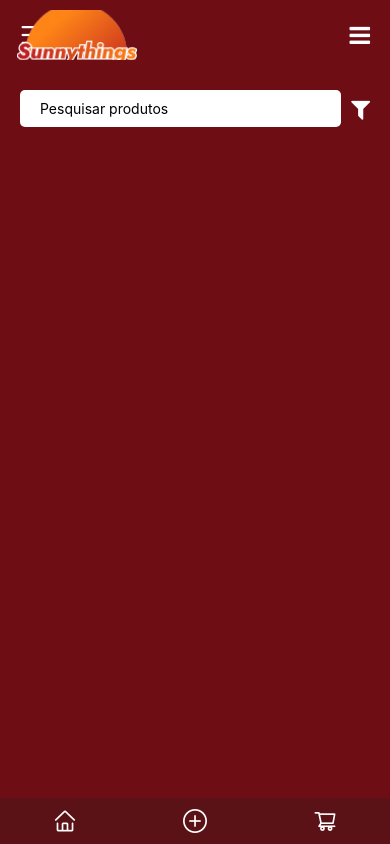
Repository: Luizzzin/SuperMercado
Screen: / (app in suny/)
These files come from the project's save history. The screen is drawn as it stood at one moment and after the next save; the edit follows.
The app was drawn by React Native's web renderer in a window 390 px wide. The project was rebuilt for these pictures with package versions that can differ from the ones it lists, and the page was loaded fresh each time.

Above is the screen before, as saved 2024-05-09 11:27:27.

### suny/App.js
import React from 'react';
import { NavigationContainer } from '@react-navigation/native';
import { createStackNavigator } from '@react-navigation/stack';
import Routes from './routes'; // Importe o componente Routes

const Stack = createStackNavigator();

const App = () => {
  return <Routes />;
}

export default App;

### suny/routes.js
import React from 'react';
import { NavigationContainer } from '@react-navigation/native';
import { createStackNavigator } from '@react-navigation/stack';
import HomeScreen from './HomeScreen'; // Importe o componente HomeScreen

const Stack = createStackNavigator();

const Routes = () => {
  return (
    <NavigationContainer>
      <HomeScreen />
    </NavigationContainer>
  );
}

export default Routes;

### suny/HomeScreen.js
import React from 'react';
import { View, Text, StyleSheet, TouchableOpacity, TextInput, Image, ScrollView } from 'react-native';
import { AntDesign, FontAwesome } from '@expo/vector-icons'; // Certifique-se de instalar o pacote expo-vector-icons

const HomeScreen = () => {
  return (
    <View style={styles.container}>
      {/* Header */}
      <View style={styles.header}>
        <TouchableOpacity onPress={() => console.log("Menu clicked")}>
          <AntDesign name="menu-fold" size={24} color="white" />
        </TouchableOpacity>
        <Image source={require('./path/to/your/logo.png')} style={styles.logo} />
        <TouchableOpacity onPress={() => console.log("Hamburger clicked")}>
          <FontAwesome name="bars" size={24} color="white" />
        </TouchableOpacity>
      </View>

      {/* Search Bar */}
      <View style={styles.searchBar}>
        <TextInput
          style={styles.input}
          placeholder="Pesquisar produtos"
        />
        <TouchableOpacity onPress={() => console.log("Filter clicked")}>
          <FontAwesome name="filter" size={24} color="white" />
        </TouchableOpacity>
      </View>

      {/* Category Carousel */}
      <ScrollView horizontal style={styles.carousel}>
        {/* Render your 7 category images here */}
      </ScrollView>

      {/* Product Cards */}
      <ScrollView style={styles.productContainer}>
        {/* Render your product cards here */}
      </ScrollView>

      {/* Tab Bar */}
      <View style={styles.tabBar}>
        <TouchableOpacity onPress={() => console.log("Home clicked")} style={styles.tabItem}>
          <AntDesign name="home" size={24} color="white" />
        </TouchableOpacity>
        <TouchableOpacity onPress={() => console.log("Add clicked")} style={styles.tabItem}>
          <AntDesign name="pluscircleo" size={24} color="white" />
        </TouchableOpacity>
        <TouchableOpacity onPress={() => console.log("Cart clicked")} style={styles.tabItem}>
          <AntDesign name="shoppingcart" size={24} color="white" />
        </TouchableOpacity>
      </View>
    </View>
  );
}

const styles = StyleSheet.create({
  container: {
    flex: 1,
    backgroundColor: '#6F0D15',
  },
  header: {
    flexDirection: 'row',
    justifyContent: 'space-between',
    alignItems: 'center',
    paddingHorizontal: 20,
    paddingTop: 10,
  },
  logo: {
    width: 120,
    height: 50,
    right: 120,
    end: 20,
  },
  searchBar: {
    flexDirection: 'row',
    alignItems: 'center',
    paddingHorizontal: 20,
    marginTop: 30,
  },
  input: {
    flex: 1,
    backgroundColor: 'white',
    borderRadius: 5,
    paddingVertical: 10,
    paddingHorizontal: 20,
    marginRight: 10,
  },
  carousel: {
    marginTop: 20,
    paddingHorizontal: 20,
    marginBottom: 20,
  },
  productContainer: {
    paddingHorizontal: 20,
  },
  tabBar: {
    flexDirection: 'row',
    justifyContent: 'space-around',
    backgroundColor: '#5A1217',
    paddingVertical: 10,
  },
  tabItem: {
    flex: 1,
    alignItems: 'center',
  },
});

export default HomeScreen;

After the next save:
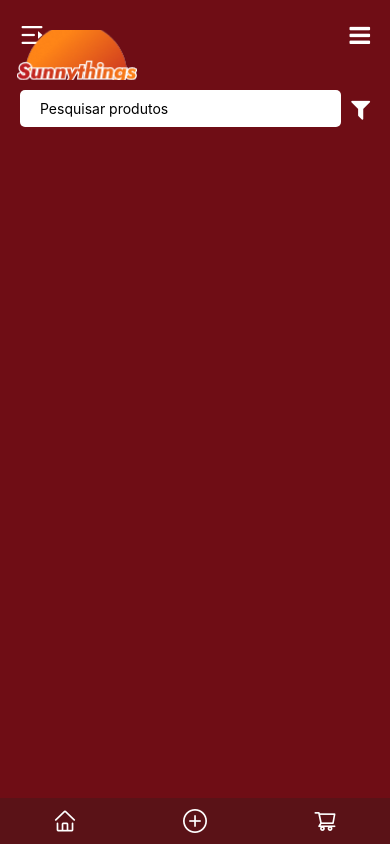
Saved 8 s later.
--- a/suny/HomeScreen.js
+++ b/suny/HomeScreen.js
@@ -69,7 +69,7 @@
     width: 120,
     height: 50,
     right: 120,
-    end: 20,
+    top: 20,
   },
   searchBar: {
     flexDirection: 'row',
